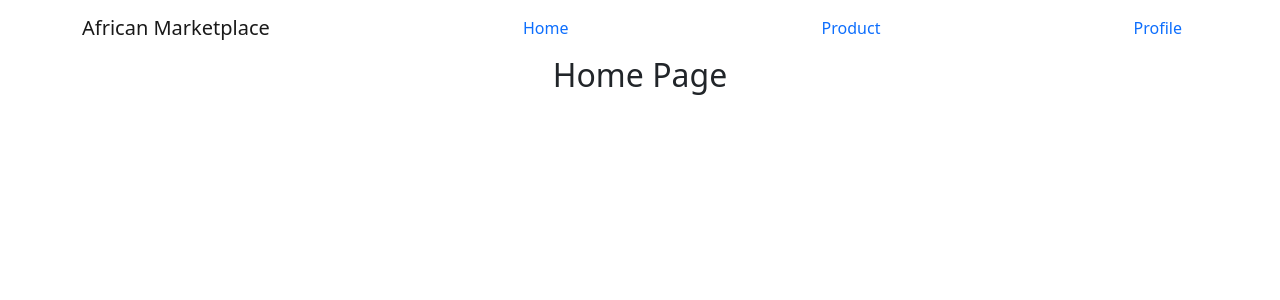
Repository: NelsonMaldonado/AfricanMarketplace
Page: / (app in african-marketplace/)
The author's editor kept a copy of each file at every save. The page is drawn from the files as they stood at one save, then again after a run of saves.
The browser window is 1280 px wide. The pictures show the whole page.
The project was rebuilt for these pictures with package versions that can differ from the ones it lists, and the page was loaded fresh each time.

Above is the page before, as saved 2021-08-23 08:02:56.

### african-marketplace/src/App.js
import "./App.css";
import Home from "./component/home";
import NavigationBar from "./component/navigation-bar";
import { BrowserRouter, Route, SWitch } from "react-router-dom";

function App() {
  return (
    <div className="App">
      <NavigationBar />

      <BrowserRouter>
        <switch>
          <Route exact path="/">
            <Home />
          </Route>
        </switch>
      </BrowserRouter>
    </div>
  );
}

export default App;

### african-marketplace/src/component/home.js
import React from "react";


export default function Home(props) {
  return (
    <div>
      <h2>Home Page</h2>

    </div>
  );
}

### african-marketplace/src/component/navigation-bar.js
import { Navbar, Nav, Container } from "react-bootstrap";
import "bootstrap/dist/css/bootstrap.min.css";

export default function NavigationBar(props) {
  return (
    <Navbar>
      <Container>
        <Navbar.Brand href="#">African Marketplace</Navbar.Brand>
        <Nav.Link href="#">Home</Nav.Link>
        <Nav.Link href="#">Product</Nav.Link>
        <Nav.Link href="#">Profile</Nav.Link>
      </Container>
    </Navbar>
  );
}

Loaded but not shown: african-marketplace/public/index.html (common file); african-marketplace/src/index.js (common file); african-marketplace/src/index.css (common file); african-marketplace/src/reportWebVitals.js (common file); african-marketplace/src/App.css (common file)

After the next 3 saves:
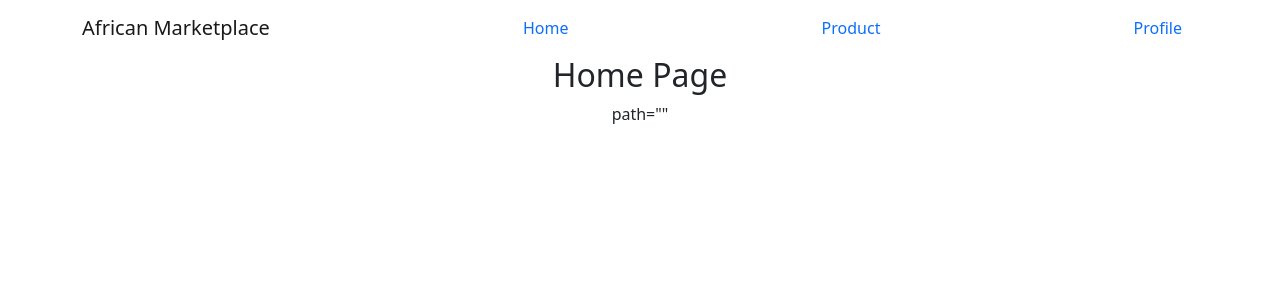
The 3 saves are shown as one change because 1 did not build or start and some came seconds apart.
The last was saved 13 s later.
--- a/african-marketplace/src/App.js
+++ b/african-marketplace/src/App.js
@@ -13,6 +13,7 @@
           <Route exact path="/">
             <Home />
           </Route>
+          <Route> path=""</Route>
         </switch>
       </BrowserRouter>
     </div>

After the save that followed:
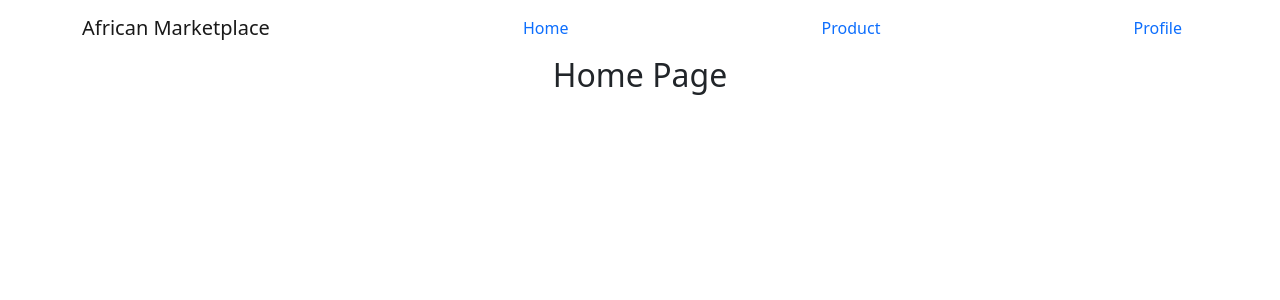
Saved 4 s later.
--- a/african-marketplace/src/App.js
+++ b/african-marketplace/src/App.js
@@ -13,7 +13,7 @@
           <Route exact path="/">
             <Home />
           </Route>
-          <Route> path=""</Route>
+          <Route path=""> </Route>
         </switch>
       </BrowserRouter>
     </div>
